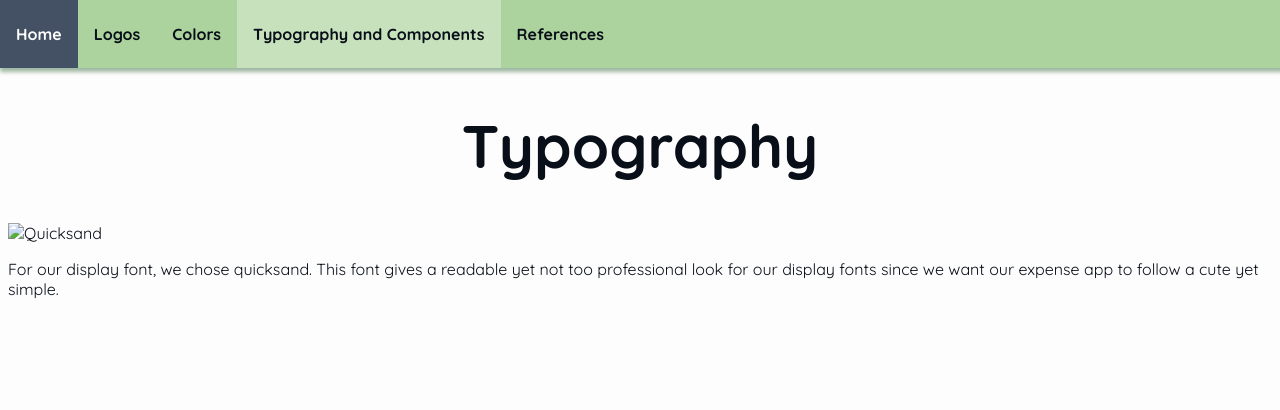
Repository: AlyssaHug/MoolahMate-A5Styleguide
Page: typography.html
The author's editor kept a copy of each file at every save. The page is drawn from the files as they stood at one save, then again after the next save.
The browser window is 1280 px wide. The pictures show the whole page.

Above is the page before, as saved 2025-03-31 09:49:22.

After the next save:
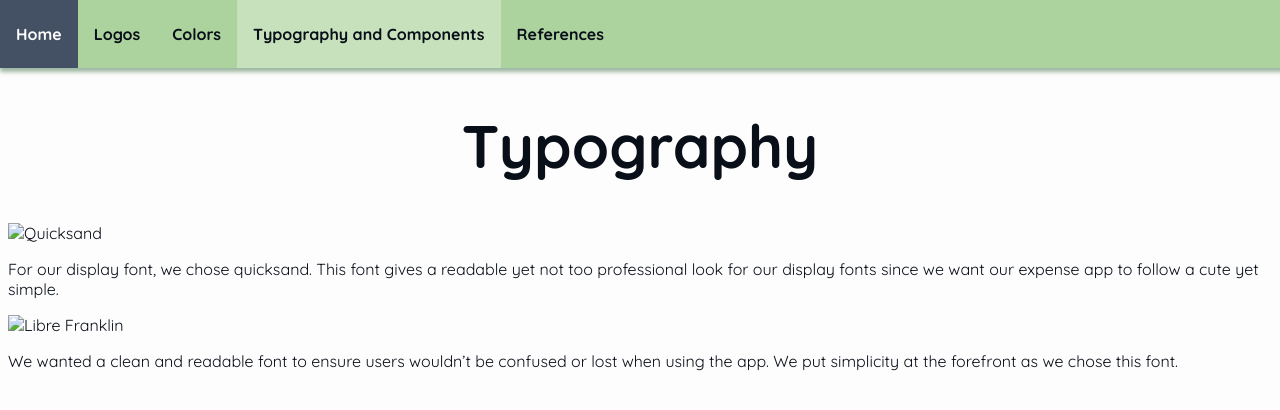
Saved 1 s later.
--- a/typography.html
+++ b/typography.html
@@ -21,9 +21,13 @@
 </header>
 <body class="page-content">
     <h1 class="page-title">Typography</h1>
-<div class=" typography_introduction">
+<div class=" typography_quicksand">
     <img src="#" alt="Quicksand">
     <p>For our display font, we chose quicksand. This font gives a readable yet not too professional look for our display fonts since we want our expense app to follow a cute yet simple.</p>
 </div>
+<div class="typography_libre-franklin">
+    <img src="#" alt="Libre Franklin">
+    <p>We wanted a clean and readable font to ensure users wouldn’t be confused or lost when using the app. We put simplicity at the forefront as we chose this font.</p>
+</div>
 </body>
 </html>
